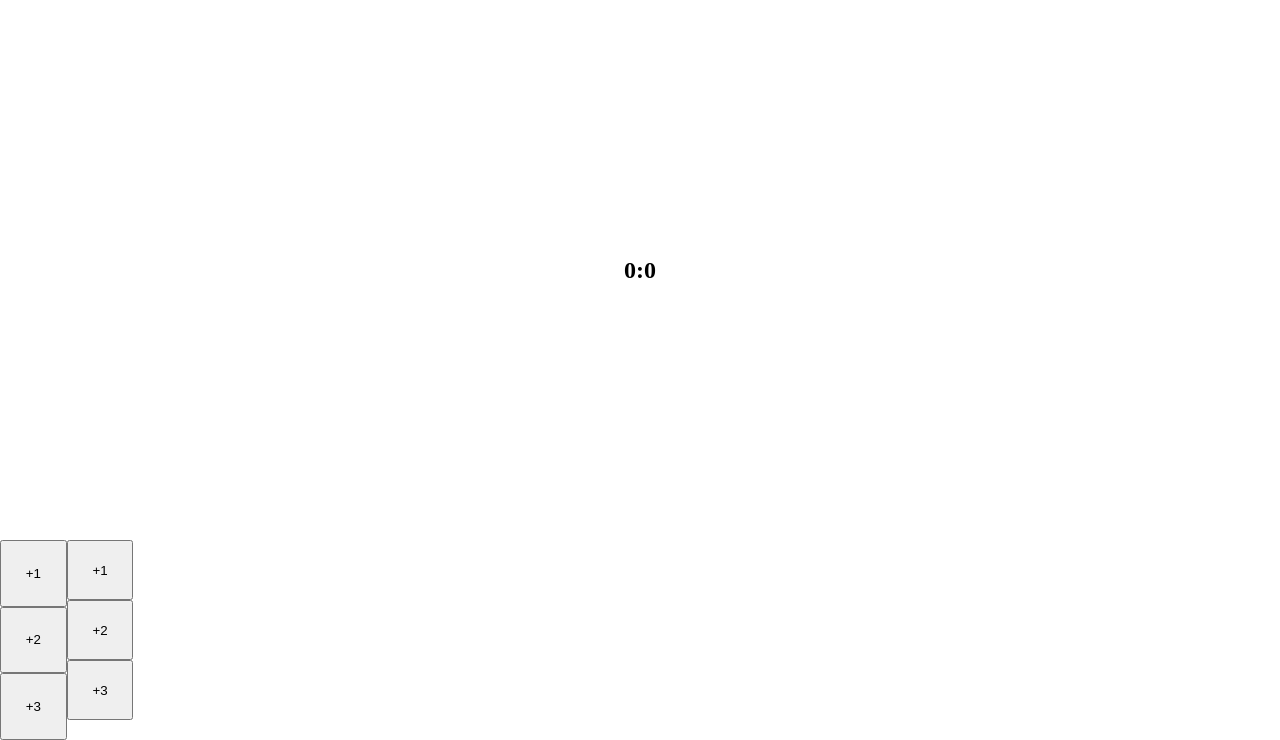
Repository: bollo89/scoreBoard
Page: index.html
These files come from the project's save history. The page is drawn as it stood at one moment and after the next save; the edit follows.
The browser window is 1280 px wide. The pictures show the whole page.

Above is the page before, as saved 2022-01-21 12:19:45.

### index.html
<!DOCTYPE html>
<html lang="en">
<head>
    <meta charset="UTF-8">
    <meta http-equiv="X-UA-Compatible" content="IE=edge">
    <meta name="viewport" content="width=device-width, initial-scale=1.0">
    <link rel="stylesheet" href="./style.css">
    <title>Document</title>
</head>
<body>
    <section class="score">
        <h1 class="home"></h1>
        <h1 class="colon">:</h1>
        <h1 class="away"></h1>
    </section>
    <section class="btns">
        <section class="btnsH">
            <div><button class="btn1h">+1</button></div>
            <div><button class="btn2h">+2</button></div>
            <div><button class="btn3h">+3</button></div>
        </section>
        <section class="btnsA">
            <div></div><button class="btn1a">+1</button></div>
            <div></div><button class="btn2a">+2</button></div>
            <div></div><button class="btn3a">+3</button></div>
        </section>
</section>
<script src="./script.js"></script>
</body>
</html>

### style.css
* {
    margin: 0;
    padding: 0;
}
body {
     height: 100vh;
     width: 100vw;
}
.score {
    height: 75vh;
    display: flex;
    align-items: center;
    justify-content: center;
}

.btns {
    height: 25vh;
    width: 100vw;
    display: flex;
}
.btnsH {

    flex-direction: column;
    align-items: flex-start;
    justify-content: flex-start;
}
.btnsA {
    display: flex;
    flex-direction: column;
    align-items: flex-end;
    justify-content: space-around;
}
.btn1h , .btn2h , .btn3h {
    height: 5em;
    width: 5em;
}
.btn1a , .btn2a , .btn3a {
    height: 5em;
    width: 5em;
}

### script.js
let home = document.querySelector('.home');
let n = 0;
home.innerHTML = n;

let away = document.querySelector('.away');
let m = 0;
away.innerHTML = m;

let btn1h = document.querySelector('.btn1h');
let btn2h = document.querySelector('.btn2h');
let btn3h = document.querySelector('.btn3h');
let btn1a = document.querySelector('.btn1a');
let btn2a = document.querySelector('.btn2a');
let btn3a = document.querySelector('.btn3a');
//punkty po lewej
function score1home() {
    n+=1;
    home.innerHTML = n;
    console.log(n);
}
function score2home() {
    n+=2;
    home.innerHTML = n;
    console.log(n);
}
function score3home() {
    n+=3;
    home.innerHTML = n;
    console.log(n);
}
//punkty po prawej
function score1away() {
    m+=1;
    away.innerHTML = m;
    console.log(m);
}
function score2away() {
    m+=2;
    away.innerHTML = m;
    console.log(m);
}
function score3away() {
    m+=3;
    away.innerHTML = m;
    console.log(m);
}

//przyciskibtn1.addEventListener('click',score1home,false);
btn1h.addEventListener('click',score1home,false);
btn2h.addEventListener('click',score2home,false);
btn3h.addEventListener('click',score3home,false);
btn1a.addEventListener('click',score1away,false);
btn2a.addEventListener('click',score2away,false);
btn3a.addEventListener('click',score3away,false);

After the next save:
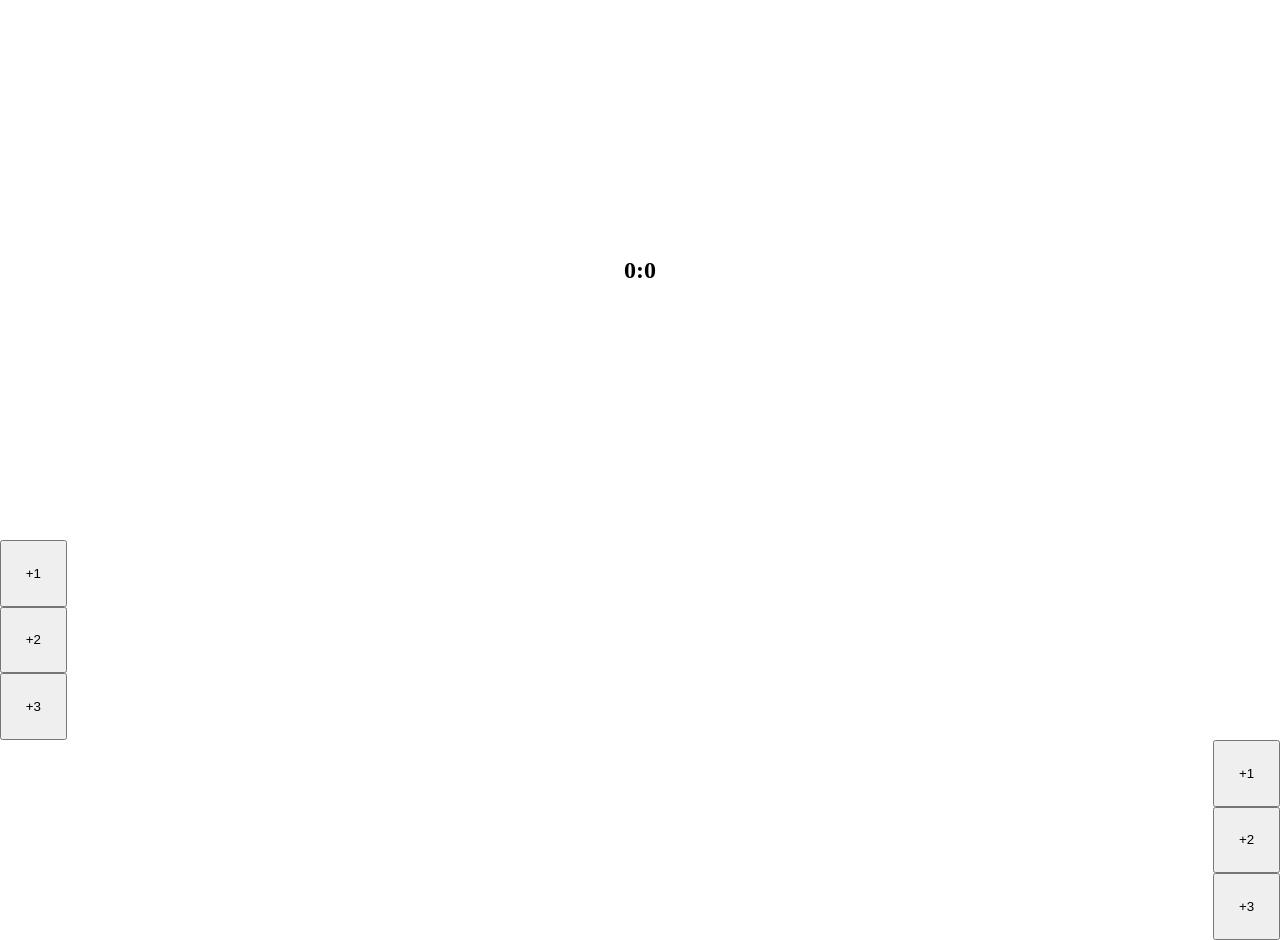
Saved 18 s later.
--- a/style.css
+++ b/style.css
@@ -16,7 +16,9 @@ body {
 .btns {
     height: 25vh;
     width: 100vw;
-    display: flex;
+    flex-direction: column;
+    align-items: flex-end;
+    justify-content: space-around;
 }
 .btnsH {
 
